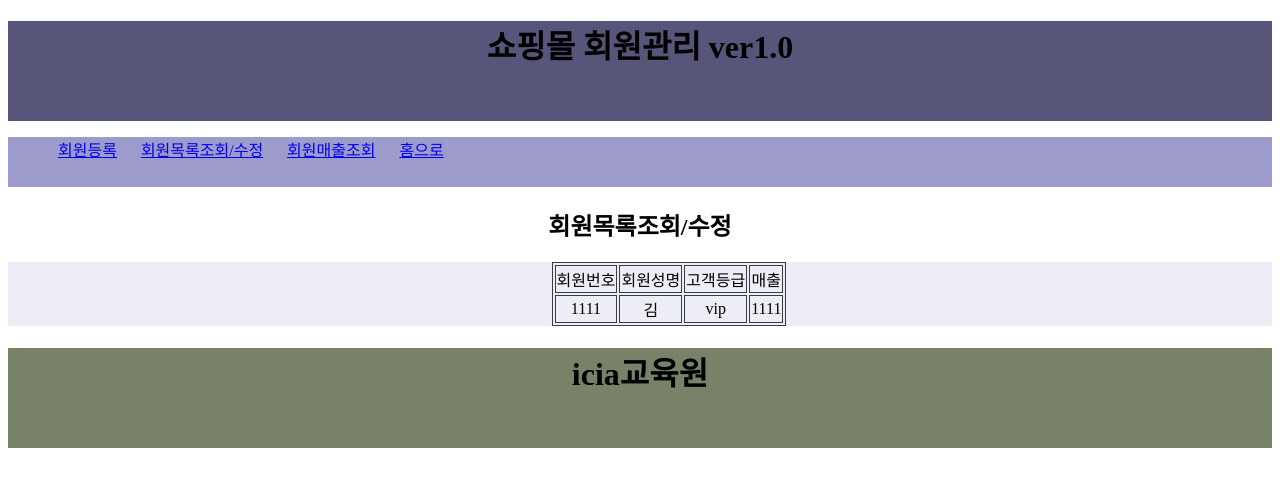
Repository: Kim-seongjun/javastudy2
Page: http://localhost/back_end_test/memberlist
The author's editor kept a copy of each file at every save. The page is drawn from the files as they stood at one save, then again after the next save.
The browser window is 1280 px wide. The pictures show the whole page.
The page is served by Tomcat 9.

Above is the page before, as saved 2020-01-22 07:12:05.

After the next save:
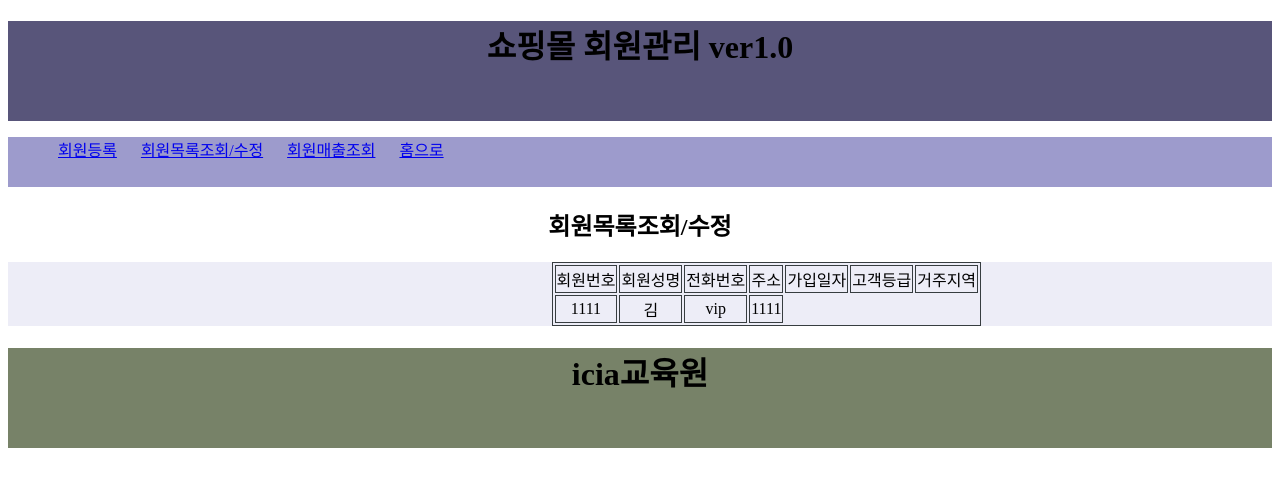
Saved 2 min 8 s later.
--- a/back_end_test/WebContent/memberlist.jsp
+++ b/back_end_test/WebContent/memberlist.jsp
@@ -60,8 +60,11 @@ tr td {
 					<tr>
 						<td>회원번호</td>
 						<td>회원성명</td>
+						<td>전화번호</td>
+						<td>주소</td>
+						<td>가입일자</td>
 						<td>고객등급</td>
-						<td>매출</td>
+						<td>거주지역</td>
 					</tr>
 					<tr>
 						<td>1111</td>
